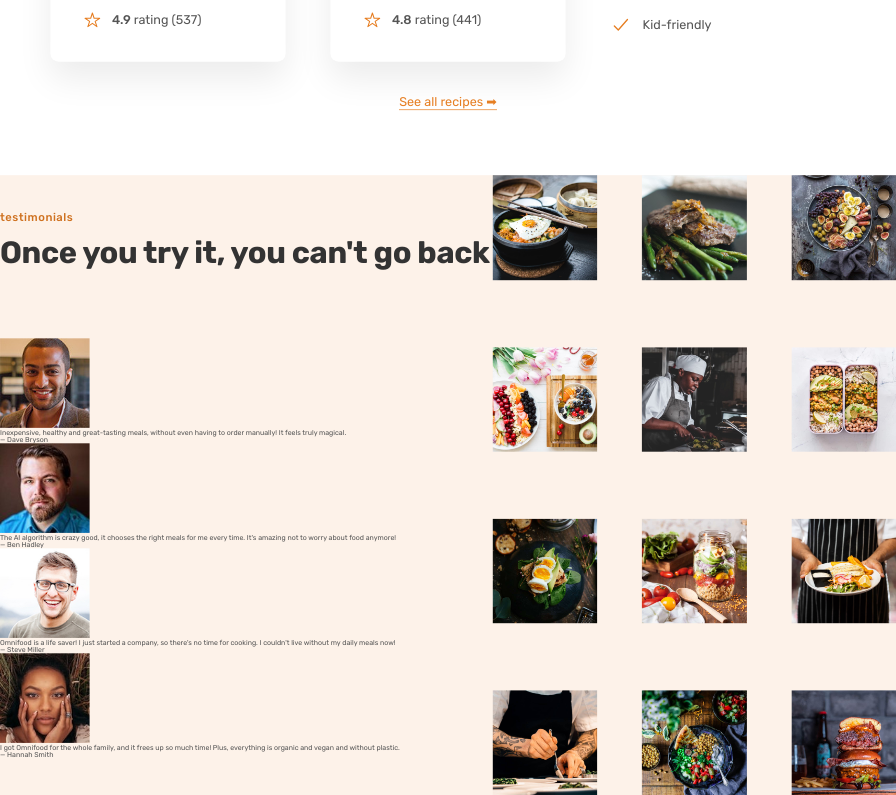
Repository: TranPhucThinh/Omnifood
Page: index.html
The author's editor kept a copy of each file at every save. The page is drawn from the files as they stood at one save, then again after the next save.
The browser window is 1280 px wide. The pictures show the part of the page from y = 3346 to 5266 px (the page is 4482 px tall before and 10532 px after), at 70% of full size.

Above is the page before, as saved 2022-08-06 21:36:40.

After the next save:
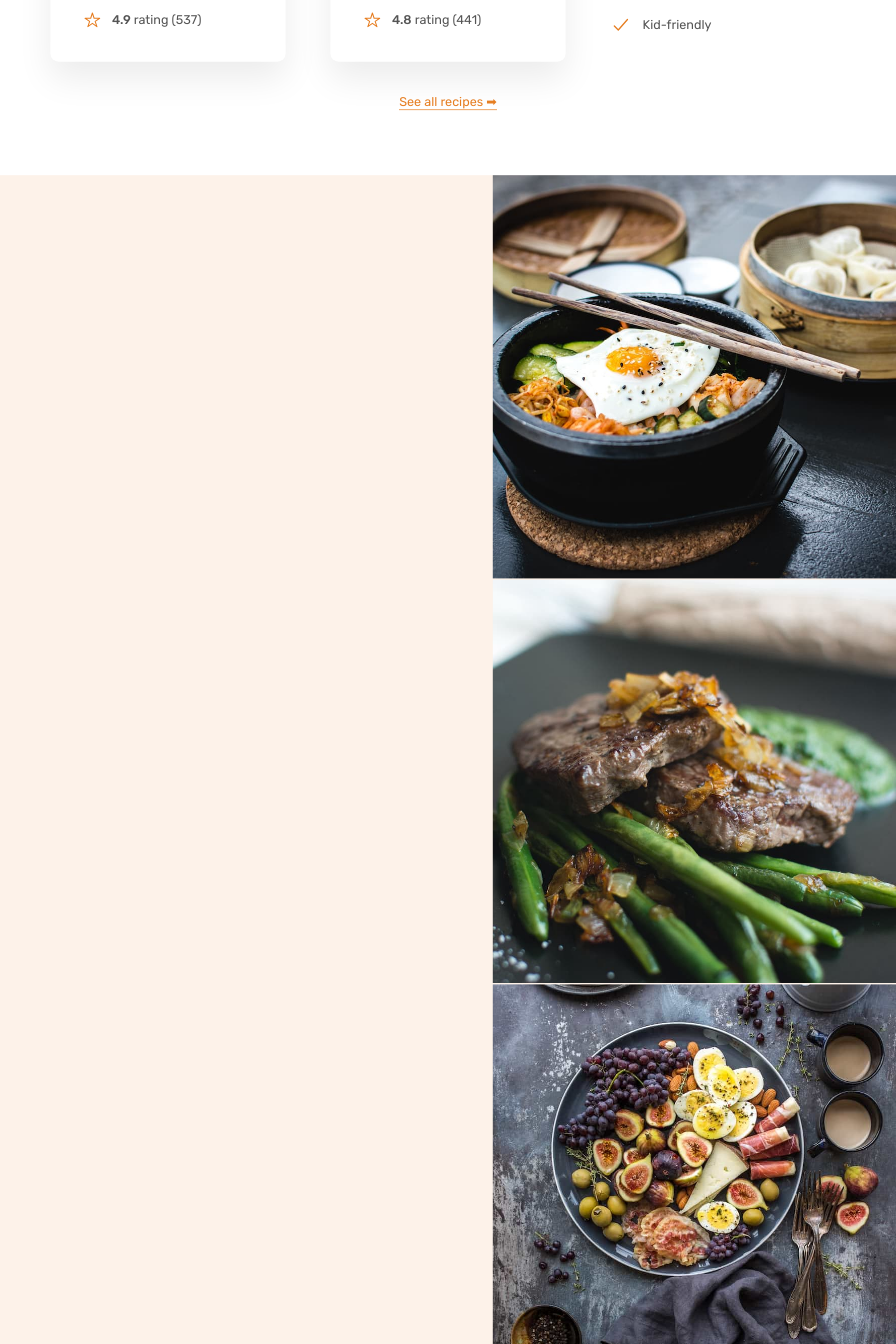
Saved 6 s later.
--- a/index.html
+++ b/index.html
@@ -277,7 +277,7 @@
                 </div>
             </div>
         </div>
-        <div class="gallery grid grid--3-cols">
+        <div class="gallery">
             <img src="./assets/imgs/gallery/gallery-1.jpg" alt="Photo of beautifully arranged food"
                 class="gallery-item">
             <img src="./assets/imgs/gallery/gallery-2.jpg" alt="Photo of beautifully arranged food"
